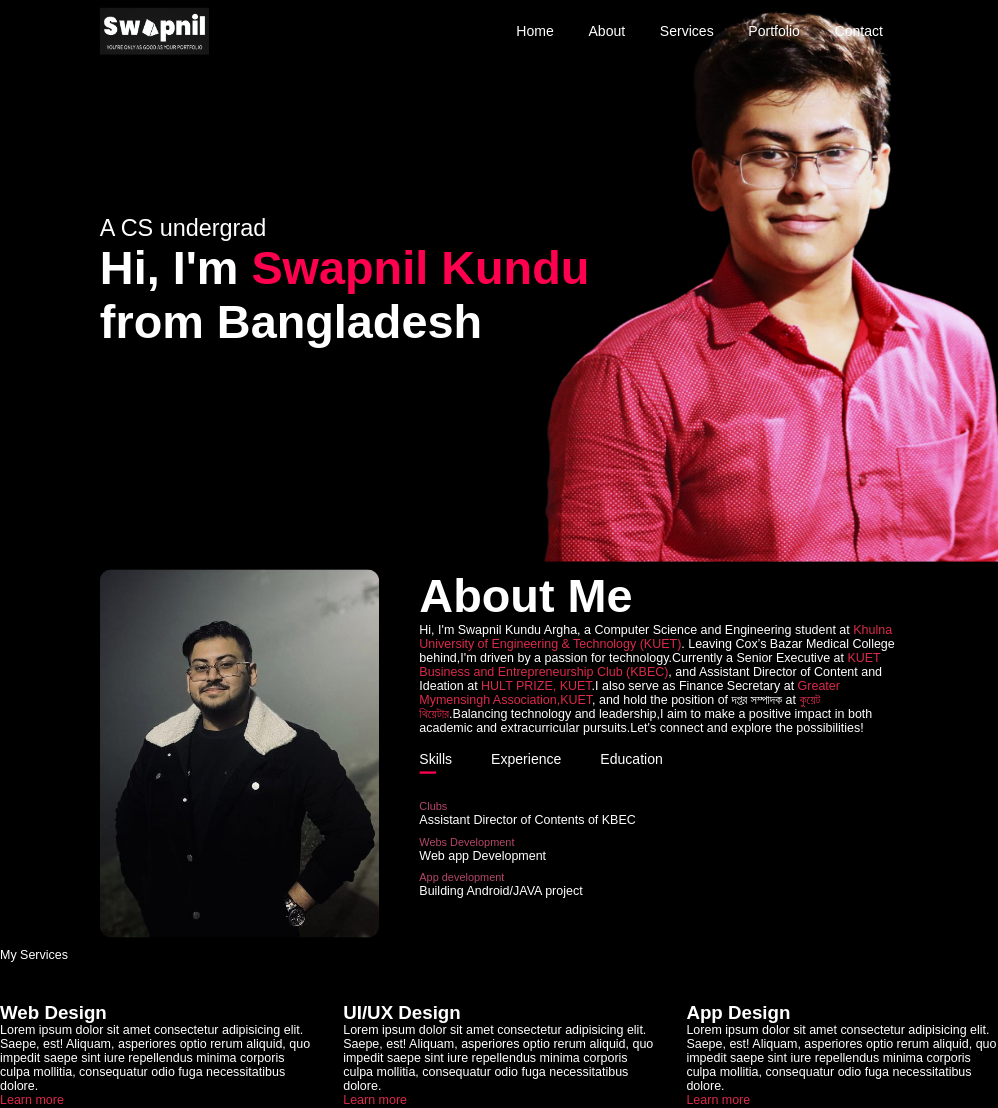
Repository: SwapnilKundu/portfolio
Page: index.html
An editor plug-in stored every save of this project. The page is shown before and after a run of saves, followed by the edit.
The browser window is 1280 px wide. The pictures show the whole page, at 78% of full size.

Above is the page before, as saved 2024-01-20 00:50:11.

### index.html
<!DOCTYPE html>
<html lang="en">
<head>
    <meta charset="UTF-8">
    <meta name="viewport" content="width=device-width, initial-scale=1.0">
    <title>Personal Portfolio Website</title>
    <link rel="stylesheet" href="style.css">
</head>
<body>
  <div id="header">
    <div class="container">
        <nav>
            <img src="images/logo1.png" class="logo" width="40" height="60">
            <ul>
                <li><a href ="#">Home</a></li>
                <li><a href ="#">About</a></li>
                <li><a href ="#">Services</a></li>
                <li><a href ="#">Portfolio</a></li>
                <li><a href ="#">Contact</a></li>
            </ul>
        </nav>
        <div class="header-text">
            <p>A CS undergrad </p>
            <h1>Hi, I'm <span>Swapnil Kundu</span> <br> from Bangladesh</h1>
        </div>
    </div>
  </div>
  <div id="about">
    <div class="container">
        <div class="row">
            <div class="about-col-1">
                <img src="images/Aboutme3.jpg" alt="Profile Image">
            </div>
            <div class="about-col-2">
                <h1 class="sub-title">About Me</h1>
                <p>
                    Hi, I'm Swapnil Kundu Argha, a Computer Science and Engineering student at <a href="http://www.kuet.ac.bd/" target="_blank">Khulna University of Engineering & Technology (KUET)</a>. Leaving Cox’s Bazar Medical College behind,I'm driven by a passion for technology.Currently a Senior Executive at <a href="https://www.facebook.com/KBEC.official">KUET Business and Entrepreneurship Club (KBEC)</a>, and Assistant Director of Content and Ideation at <a href="https://scontent.fjsr8-1.fna.fbcdn.net/v/t39.30808-6/414475463_878653704262850_605489790676270348_n.jpg?_nc_cat=106&ccb=1-7&_nc_sid=dd5e9f&_nc_eui2=AeG7qaCzWQGluZMTMKWtrD6ipcnI0dawWuilycjR1rBa6PLkHzdtJERiOyrmRQaxy3TT_q5vz9qIQ5m4l8xfiGP6&_nc_ohc=qg8Pu4EAUVYAX9avaA_&_nc_ht=scontent.fjsr8-1.fna&oh=00_AfBZ6Lqa5248mqS64WxhR3KxGRhN1UCrqkgUgA0V5dsZlw&oe=65AF45DF">HULT PRIZE, KUET</a>.I also serve as Finance Secretary at <a href="#link-to-GMA">Greater Mymensingh Association,KUET</a>, and hold the position of দপ্তর সম্পাদক at <a href="#link-to-theater">কুয়েট থিয়েটার</a>.Balancing technology and leadership,I aim to make a positive impact in both academic and extracurricular pursuits.Let's connect and explore the possibilities!
                </p>

                <div class="tab-titles">
                    <p class="tab-links active" onclick="opentab('skills')">Skills</p>
                    <p class="tab-links" onclick="opentab('experience')">Experience</p>
                    <p class="tab-links"onclick="opentab('education')">Education</p>
            </div>
            <div class="tab-contents active-tab"id ="skills">
                <ul>
                    <li><span>Clubs</span><br>Assistant Director of Contents of KBEC</li>
                    <li><span>Webs Development</span><br>Web app Development</li>
                    <li><span>App development</span><br>Building Android/JAVA project</li>
                </ul>
            </div>
            <div class="tab-contents" id ="experience">
                <ul>
                    <li><span>2022-Current</span><br>An Active member of KBEC</li>
                    <li><span>2023-Semester 2.2</span><br>App Development by JAVA</li>
                    <li><span>2024-Semester 3.1</span><br>Web Development by HTML,CSS,JAVA</li>
                    <li><span>2022-Current</span><br>An Active member of KBEC</li>

                </ul>
            </div>

            <div class="tab-contents" id ="education">
                <ul>
                    <li><span>2018</span><br>SSC from Mymensingh Zilla School,Mymensingh</li>
                        <li><span>2020</span><br>HSC from Ananda Mohan College,Mymensingh</li>
                        <li><span>From March,2022</span><br>Currently studying BSc in CSE department</li>
                </ul>
            </div>
        </div>
    </div>
  </div>

  <div id="Services">
    <div class =""
    <h1 class="sub-title">My Services</h1>
    <div class ="services-list">

        <div>
            <h2>
                Web Design
            </h2>
            <p>Lorem ipsum dolor sit amet consectetur adipisicing elit. Saepe, est! Aliquam, asperiores optio rerum aliquid, quo impedit saepe sint iure repellendus minima corporis culpa mollitia, consequatur odio fuga necessitatibus dolore.

            </p>
            <a href="#">Learn more</a>
        </div>
        <div>
            <h2>
                UI/UX Design
            </h2>
            <p>Lorem ipsum dolor sit amet consectetur adipisicing elit. Saepe, est! Aliquam, asperiores optio rerum aliquid, quo impedit saepe sint iure repellendus minima corporis culpa mollitia, consequatur odio fuga necessitatibus dolore.

            </p>
            <a href="#">Learn more</a>
        </div>
        <div>
            <h2>
                App Design
            </h2>
            <p>Lorem ipsum dolor sit amet consectetur adipisicing elit. Saepe, est! Aliquam, asperiores optio rerum aliquid, quo impedit saepe sint iure repellendus minima corporis culpa mollitia, consequatur odio fuga necessitatibus dolore.

            </p>
            <a href="#">Learn more</a>
        </div>
    </div>
  </div>
  <script>
    var tablinks = document.querySelectorAll(".tab-links");
    var tabcontents = document.querySelectorAll(".tab-contents");

    function opentab(tabname) {
        for (tablink of tablinks) {
            tablink.classList.remove("active-link");
        }

        for (tabcontent of tabcontents) {
            tabcontent.classList.remove("active-tab");
        }

        var activeTab = document.getElementById(tabname);
        activeTab.classList.add("active-tab");

        var activeLink = document.querySelector(`.tab-links[data-tab="${tabname}"]`);
        activeLink.classList.add("active-link");
    }
</script>

</body>
</html>

### style.css
*
{
    margin: 0;
    padding: 0;
    font-family: 'Poppins',sans-serif;
    box-sizing: border-box;
}

body
{
    background: #000;
    color: #fff;
}
#header
{
    width: 100%;
    height: 100vh;
    background-image: url(images/ccc2.png);
    background-size: cover;
    background-position: left;
    background-repeat: no-repeat;
    overflow: hidden;
}
.container
{
padding: 10px 10%;
}
nav{
    display: flex;
    align-items: center;
    justify-content: space-between;
    flex-wrap: wrap;
}
.logo{
    width: 140px;
}

nav ul li{
    display:inline-block;
    list-style: none;
    margin: 10px 20px;

}
nav ul li a{
    color: #fff;
    text-decoration:none ;
    font-size: 18px;
    position: relative;
}

nav ul li a::after
{
    content: '';
    width:0;
    height:3px;
    background:#ff004f;
    position: absolute;
    left: 0;
    bottom: -6px;
    transition: 0.5s;

}
nav ul li a:hover::after
{
    width:100%;
}
.header-text{
    margin-top: 20%;
    font-size: 30px;
}
.header-text h1
{
    font-size:60px;
}
.header-text h1 span
{
    color:#ff004f;
}

#about a {
    color: #db2a4a;
    text-decoration: none;
}

#about a:hover {
    color: #ababab;
}
.row
{
    display: flex;
    justify-content: space-between;
    flex-wrap: wrap;
}

.about-col-1{
    flex-basis:35%;
}
.about-col-1 img
{
    width: 100%;
    border-radius: 15px;
}

.about-col-2
{
    flex-basis: 60%;
}

.sub-title
{
    font-size:60px;
    font-weight:600;
    color:#fff;
}

.tab-titles {
    display: flex;
    margin: 20px 0 40px;
}

.tab-links {
    margin-right: 50px;
    font-size: 18px;
    font-weight: 500;
    cursor: pointer;
    position: relative;
    color: #fff;
    text-decoration: none;
    transition: color 0.5s;
}

.tab-links::after {
    content: '';
    width: 0;
    height: 3px;
    background: #ff004f;
    position: absolute;
    left: 0;
    bottom: -8px;
    transition: 0.5s;
}

.tab-links:hover {
    color: #ff004f; /* Change the color on hover */
}

.tab-links.active::after {
    width: 50%;
}
.tab-contents ul li
{
    list-style:none;
    margin:10px 0;
}
.tab-contents ul li span
{
    color:#b54769;
    font-size: 14px;
}
.tab-contents
{
    display: none;
}
.tab-contents.active-tab
{
    display: block;
}




#services-list
{

    padding :30px 0;
}
.services-list
{
    display:grid;
    grid-template-columns: repeat(auto-fit,minmax(250px, 1fr));
    grid-gap:40px;
    margin-top: 50px;
}

After the next 2 saves:
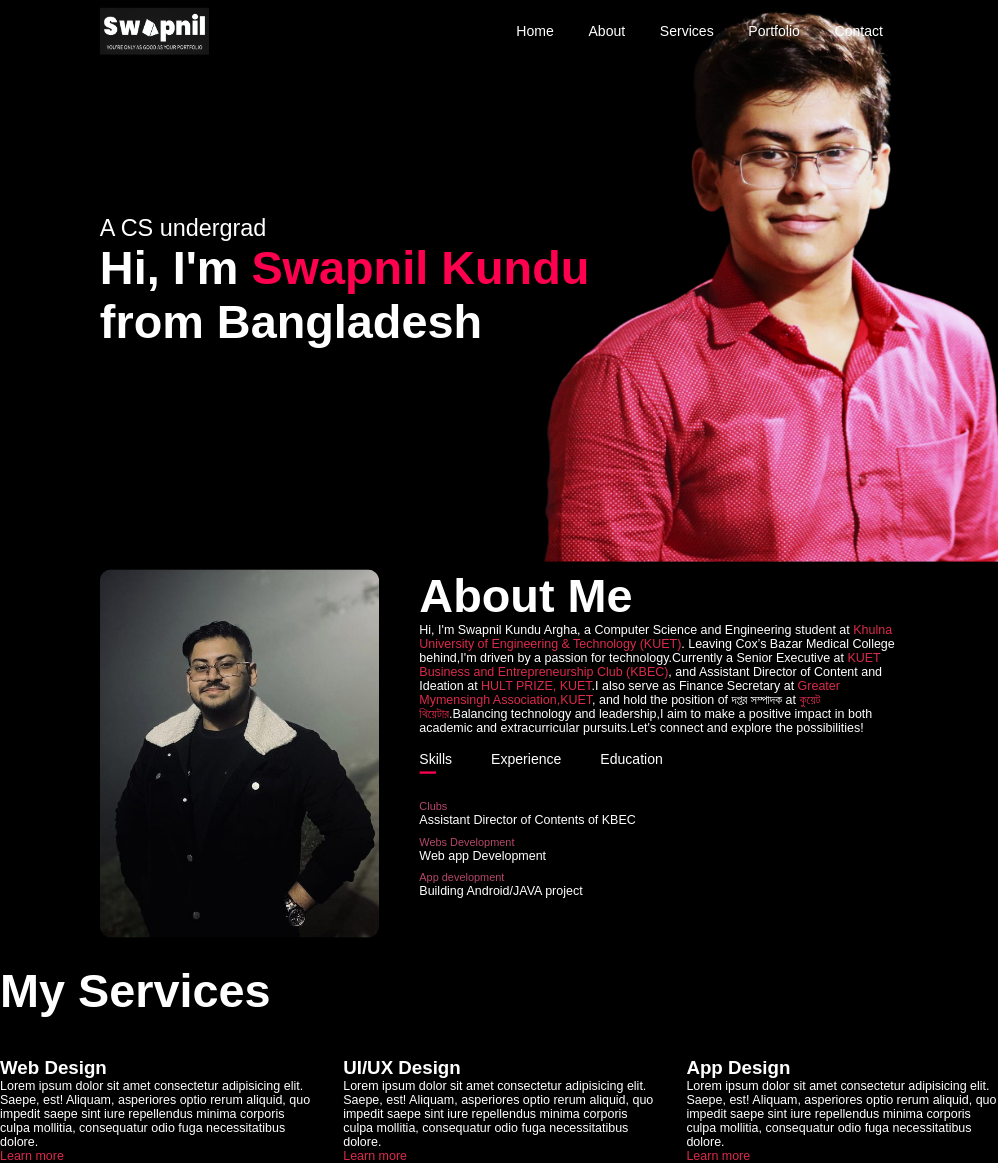
The 2 saves are shown as one change because they came seconds apart.
The last was saved 6 s later.
--- a/index.html
+++ b/index.html
@@ -71,7 +71,7 @@
   </div>
 
   <div id="Services">
-    <div class =""
+    <div class ="container"></div>
     <h1 class="sub-title">My Services</h1>
     <div class ="services-list">
 
